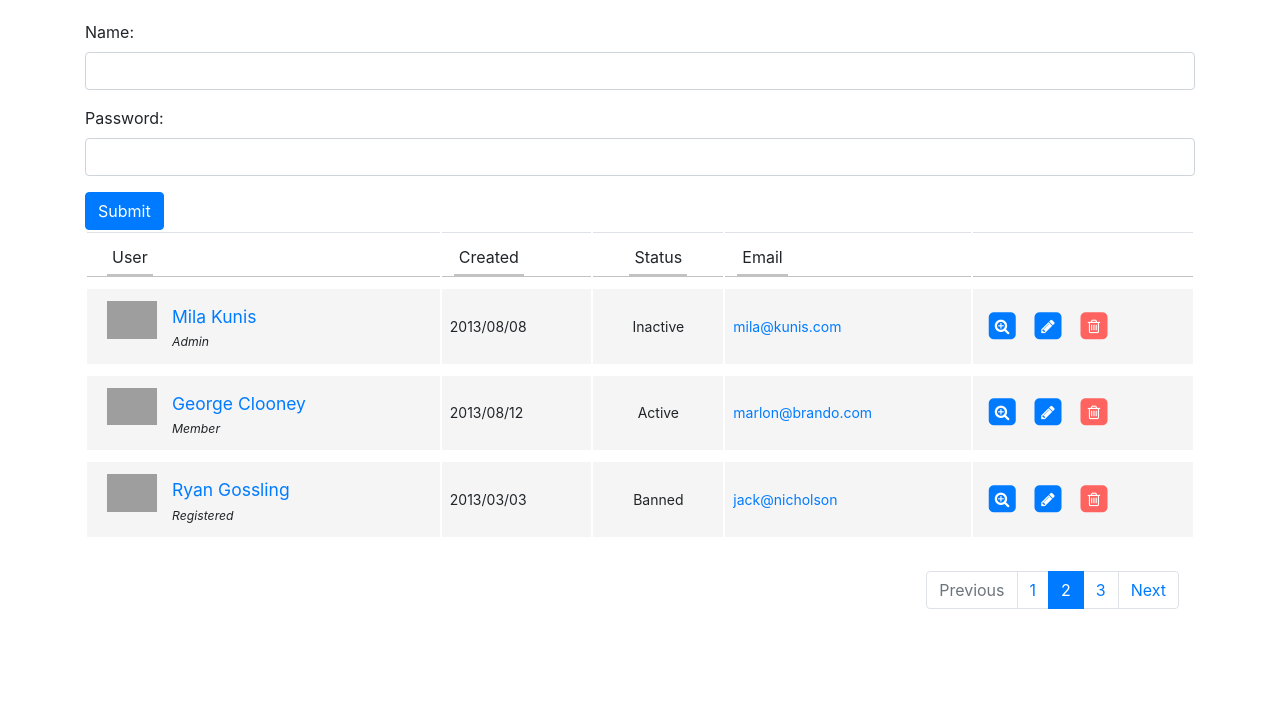
Repository: tienhoang123/Demo
Page: http://localhost/User/WEB-INF/views/home.jsp
An editor plug-in stored every save of this project. The page is shown before and after the next save, followed by the edit.
The browser window is 1280 px wide. The pictures show the whole page.
Pictures or frames that could not be fetched are drawn as grey boxes. Some web libraries are served in a nearby version. The page is served by Tomcat 9. Nobody is signed in. Other server files are loaded and not shown. The template is opened directly, without the code that normally fills it, so the values that code supplies are empty.

Above is the page before, as saved 2019-10-14 06:45:41.
Console error: TypeError: Cannot read properties of undefined (reading 'fn')

### DemoCrud/User/src/main/webapp/WEB-INF/views/home.jsp
<%@ page language="java" contentType="text/html; charset=UTF-8"
	pageEncoding="UTF-8"%><!DOCTYPE html>
<%@ taglib uri="http://java.sun.com/jsp/jstl/core" prefix="c"%>
<html>
<head>
<meta http-equiv="Content-Type" content="text/html; charset=UTF-8">
<title>Home</title>
<link
	href="https://maxcdn.bootstrapcdn.com/font-awesome/4.3.0/css/font-awesome.min.css"
	rel="stylesheet">
<link
	href="<c:url value='/resources/css/boostrapcss/bootstrap.min.css' />"
	rel="stylesheet" id="bootstrap-css">
<script
	src="<c:url value='/resources/js/bootstrapjs/bootstrap.min.js' />"></script>
<script
	src="https://ajax.googleapis.com/ajax/libs/jquery/3.4.1/jquery.min.js"></script>
<link href="<c:url value='/resources/css/home.css' />" rel="stylesheet">
</head>
<body>
	<div class="container">
		<div class="row">
			<div class="col-lg-12">
				<div class="main-box clearfix">
					<div class="table-responsive">
				<div class="form-group">
      <label for="usr">Name:</label>
      <input type="text" class="form-control" id="usr" name="username">
    </div>
    <div class="form-group">
      <label for="pwd">Password:</label>
      <input type="password" class="form-control" id="pwd" name="password">
    </div>
    <button type="submit" class="btn btn-primary">Submit</button>

						<table class="table user-list">
							<thead>
								<tr>
									<th><span>User</span></th>
									<th><span>Created</span></th>
									<th class="text-center"><span>Status</span></th>
									<th><span>Email</span></th>
									<th>&nbsp;</th>
								</tr>
							</thead>
							<tbody>
								<tr>
									<td><img
										src="https://bootdey.com/img/Content/avatar/avatar1.png"
										alt=""> <a href="#" class="user-link">Mila Kunis</a> <span
										class="user-subhead">Admin</span></td>
									<td>2013/08/08</td>
									<td class="text-center"><span class="label label-default">Inactive</span>
									</td>
									<td><a href="#">mila@kunis.com</a></td>
									<td style="width: 20%;"><a href="#" class="table-link">
											<span class="fa-stack"> <i
												class="fa fa-square fa-stack-2x"></i> <i
												class="fa fa-search-plus fa-stack-1x fa-inverse"></i>
										</span>
									</a> <a href="#" class="table-link"> <span class="fa-stack">
												<i class="fa fa-square fa-stack-2x"></i> <i
												class="fa fa-pencil fa-stack-1x fa-inverse"></i>
										</span>
									</a> <a href="#" class="table-link danger"> <span
											class="fa-stack"> <i class="fa fa-square fa-stack-2x"></i>
												<i class="fa fa-trash-o fa-stack-1x fa-inverse"></i>
										</span>
									</a></td>
								</tr>
								<tr>
									<td><img
										src="https://bootdey.com/img/Content/avatar/avatar2.png"
										alt=""> <a href="#" class="user-link">George Clooney</a>
										<span class="user-subhead">Member</span></td>
									<td>2013/08/12</td>
									<td class="text-center"><span class="label label-success">Active</span>
									</td>
									<td><a href="#">marlon@brando.com</a></td>
									<td style="width: 20%;"><a href="#" class="table-link">
											<span class="fa-stack"> <i
												class="fa fa-square fa-stack-2x"></i> <i
												class="fa fa-search-plus fa-stack-1x fa-inverse"></i>
										</span>
									</a> <a href="#" class="table-link"> <span class="fa-stack">
												<i class="fa fa-square fa-stack-2x"></i> <i
												class="fa fa-pencil fa-stack-1x fa-inverse"></i>
										</span>
									</a> <a href="#" class="table-link danger"> <span
											class="fa-stack"> <i class="fa fa-square fa-stack-2x"></i>
												<i class="fa fa-trash-o fa-stack-1x fa-inverse"></i>
										</span>
									</a></td>
								</tr>
								<tr>
									<td><img
										src="https://bootdey.com/img/Content/avatar/avatar3.png"
										alt=""> <a href="#" class="user-link">Ryan Gossling</a>
										<span class="user-subhead">Registered</span></td>
									<td>2013/03/03</td>
									<td class="text-center"><span class="label label-danger">Banned</span>
									</td>
									<td><a href="#">jack@nicholson</a></td>
									<td style="width: 20%;"><a href="#" class="table-link">
											<span class="fa-stack"> <i
												class="fa fa-square fa-stack-2x"></i> <i
												class="fa fa-search-plus fa-stack-1x fa-inverse"></i>
										</span>
									</a> <a href="#" class="table-link"> <span class="fa-stack">
												<i class="fa fa-square fa-stack-2x"></i> <i
												class="fa fa-pencil fa-stack-1x fa-inverse"></i>
										</span>
									</a> <a href="#" class="table-link danger"> <span
											class="fa-stack"> <i class="fa fa-square fa-stack-2x"></i>
												<i class="fa fa-trash-o fa-stack-1x fa-inverse"></i>
										</span>
									</a></td>
								</tr>
							</tbody>
						</table>
					</div>
					<nav aria-label="...">
                    <ul class="pagination justify-content-end mt-3 mr-3">
                        <li class="page-item disabled">
                            <span class="page-link">Previous</span>
                        </li>
                        <li class="page-item"><a class="page-link" href="#">1</a></li>
                        <li class="page-item active">
                            <span class="page-link">2<span class="sr-only">(current)</span>
                            </span>
                        </li>
                        <li class="page-item"><a class="page-link" href="#">3</a></li>
                        <li class="page-item">
                            <a class="page-link" href="#">Next</a>
                        </li>
                    </ul>
                </nav>


				</div>
			</div>
		</div>
	</div>
</body>
</html>

### DemoCrud/User/src/main/webapp/resources/css/home.css

body{margin-top:20px;}


/* USER LIST TABLE */
.user-list tbody td > img {
    position: relative;
	max-width: 50px;
	float: left;
	margin-right: 15px;
}
.user-list tbody td .user-link {
	display: block;
	font-size: 1.25em;
	padding-top: 3px;
	margin-left: 60px;
}
.user-list tbody td .user-subhead {
	font-size: 0.875em;
	font-style: italic;
}

/* TABLES */
.table {
    border-collapse: separate;
}
.table-hover > tbody > tr:hover > td,
.table-hover > tbody > tr:hover > th {
	background-color: #eee;
}
.table thead > tr > th {
	border-bottom: 1px solid #C2C2C2;
	padding-bottom: 0;
}
.table tbody > tr > td {
	font-size: 0.875em;
	background: #f5f5f5;
	border-top: 10px solid #fff;
	vertical-align: middle;
	padding: 12px 8px;
}
.table tbody > tr > td:first-child,
.table thead > tr > th:first-child {
	padding-left: 20px;
}
.table thead > tr > th span {
	border-bottom: 2px solid #C2C2C2;
	display: inline-block;
	padding: 0 5px;
	padding-bottom: 5px;
	font-weight: normal;
}
.table thead > tr > th > a span {
	color: #344644;
}
.table thead > tr > th > a span:after {
	content: "\f0dc";
	font-family: FontAwesome;
	font-style: normal;
	font-weight: normal;
	text-decoration: inherit;
	margin-left: 5px;
	font-size: 0.75em;
}
.table thead > tr > th > a.asc span:after {
	content: "\f0dd";
}
.table thead > tr > th > a.desc span:after {
	content: "\f0de";
}
.table thead > tr > th > a:hover span {
	text-decoration: none;
	color: #2bb6a3;
	border-color: #2bb6a3;
}
.table.table-hover tbody > tr > td {
	-webkit-transition: background-color 0.15s ease-in-out 0s;
	transition: background-color 0.15s ease-in-out 0s;
}
.table tbody tr td .call-type {
	display: block;
	font-size: 0.75em;
	text-align: center;
}
.table tbody tr td .first-line {
	line-height: 1.5;
	font-weight: 400;
	font-size: 1.125em;
}
.table tbody tr td .first-line span {
	font-size: 0.875em;
	color: #969696;
	font-weight: 300;
}
.table tbody tr td .second-line {
	font-size: 0.875em;
	line-height: 1.2;
}
.table a.table-link {
	margin: 0 5px;
	font-size: 1.125em;
}
.table a.table-link:hover {
	text-decoration: none;
	color: #2aa493;
}
.table a.table-link.danger {
	color: #fe635f;
}
.table a.table-link.danger:hover {
	color: #dd504c;
}

.table-products tbody > tr > td {
	background: none;
	border: none;
	border-bottom: 1px solid #ebebeb;
	-webkit-transition: background-color 0.15s ease-in-out 0s;
	transition: background-color 0.15s ease-in-out 0s;
	position: relative;
}
.table-products tbody > tr:hover > td {
	text-decoration: none;
	background-color: #f6f6f6;
}
.table-products .name {
	display: block;
	font-weight: 600;
	padding-bottom: 7px;
}
.table-products .price {
	display: block;
	text-decoration: none;
	width: 50%;
	float: left;
	font-size: 0.875em;
}
.table-products .price > i {
	color: #8dc859;
}
.table-products .warranty {
	display: block;
	text-decoration: none;
	width: 50%;
	float: left;
	font-size: 0.875em;
}
.table-products .warranty > i {
	color: #f1c40f;
}
.table tbody > tr.table-line-fb > td {
	background-color: #9daccb;
	color: #262525;
}
.table tbody > tr.table-line-twitter > td {
	background-color: #9fccff;
	color: #262525;
}
.table tbody > tr.table-line-plus > td {
	background-color: #eea59c;
	color: #262525;
}
.table-stats .status-social-icon {
	font-size: 1.9em;
	vertical-align: bottom;
}
.table-stats .table-line-fb .status-social-icon {
	color: #556484;
}
.table-stats .table-line-twitter .status-social-icon {
	color: #5885b8;
}
.table-stats .table-line-plus .status-social-icon {
	color: #a75d54;
}

Loaded but not shown: DemoCrud/User/src/main/webapp/resources/css/boostrapcss/bootstrap.min.css (library); DemoCrud/User/src/main/webapp/resources/js/boostrapjs/bootstrap.min.js (library)

After the next save:
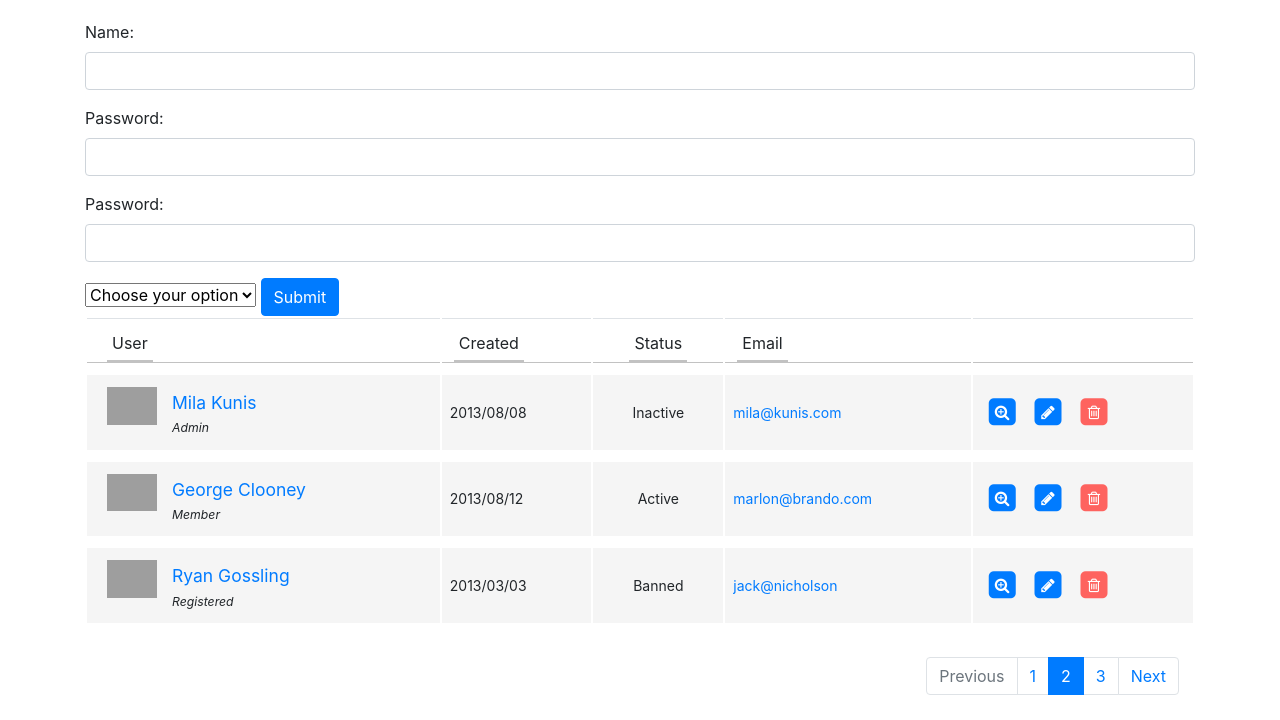
Saved 3 min 21 s later.
--- a/DemoCrud/User/src/main/webapp/WEB-INF/views/home.jsp
+++ b/DemoCrud/User/src/main/webapp/WEB-INF/views/home.jsp
@@ -31,6 +31,16 @@
       <label for="pwd">Password:</label>
       <input type="password" class="form-control" id="pwd" name="password">
     </div>
+     <div class="form-group">
+      <label for="pwd">Password:</label>
+      <input type="password" class="form-control" id="pwd" name="password">
+    </div>
+    <select class="mdb-select md-form">
+  <option value="" disabled selected>Choose your option</option>
+  <option value="1">Option 1</option>
+  <option value="2">Option 2</option>
+  <option value="3">Option 3</option>
+</select>
     <button type="submit" class="btn btn-primary">Submit</button>
 
 						<table class="table user-list">
